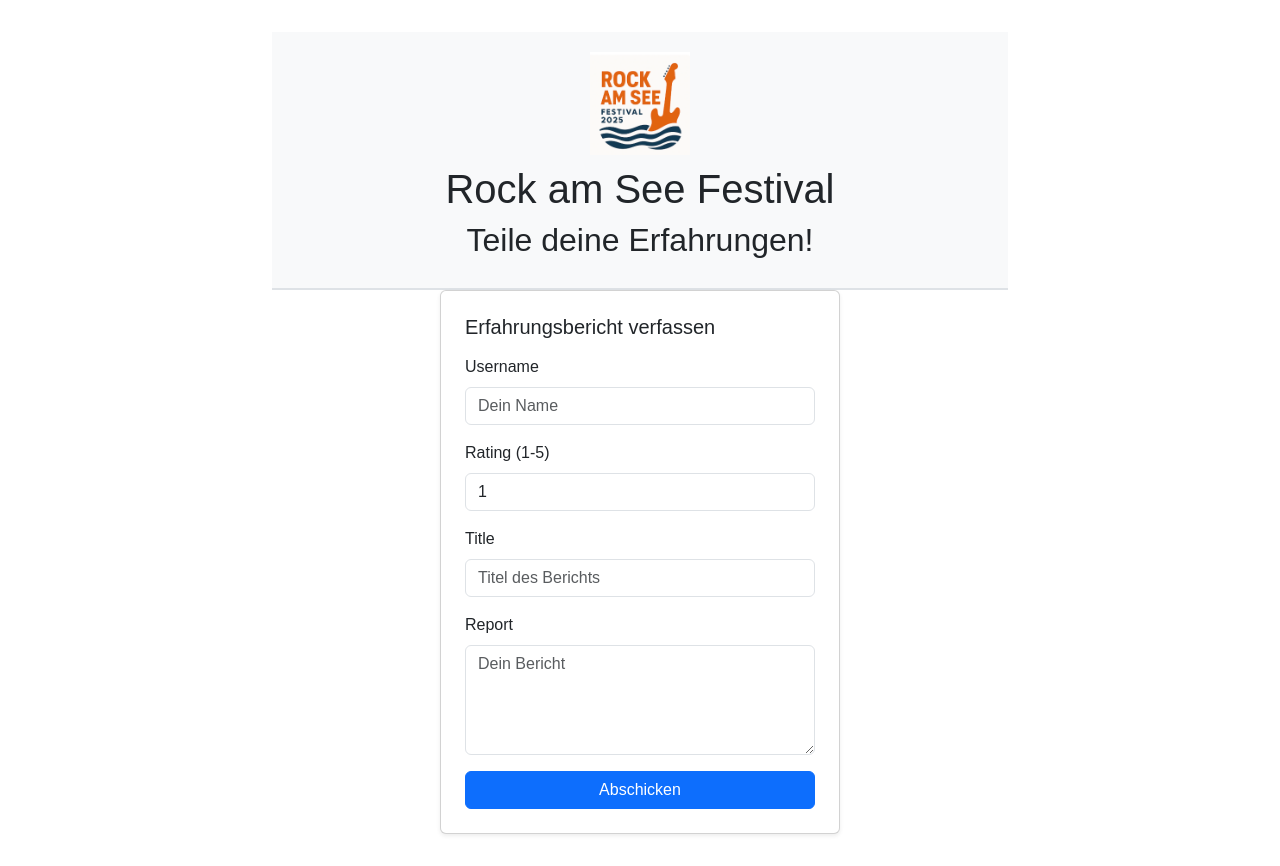
Repository: Hajimohammadi-KI/Web-Technologien
Page: / (app in Teilleistung_04/Teilleistung_04/RockAmSee-Reviews/rock-am-see/)
These files come from the project's save history. The page is drawn as it stood at one moment and after the next save; the edit follows.
The browser window is 1280 px wide. The pictures show the whole page.
The project was rebuilt for these pictures with package versions that can differ from the ones it lists, and the page was loaded fresh each time. Also part of the build but not shown: Teilleistung_04/Teilleistung_04/RockAmSee-Reviews/rock-am-see/svelte.config.js, Teilleistung_04/Teilleistung_04/RockAmSee-Reviews/rock-am-see/vite.config.js.

Above is the page before, as saved 2025-07-11 20:46:43.

After the next save:
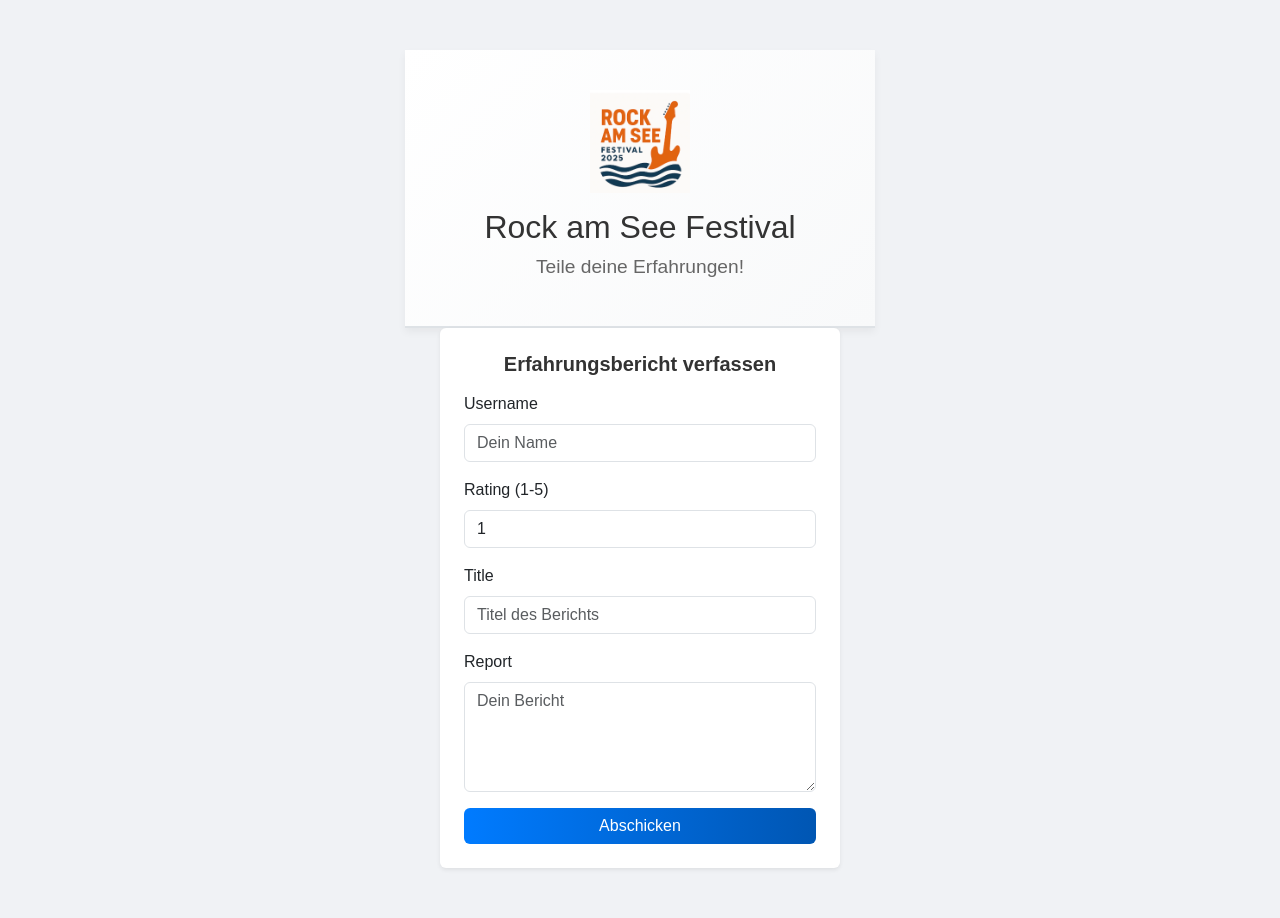
Saved 3 h 12 min later.
--- a/Teilleistung_04/Teilleistung_04/RockAmSee-Reviews/rock-am-see/src/style.css
+++ b/Teilleistung_04/Teilleistung_04/RockAmSee-Reviews/rock-am-see/src/style.css
@@ -1,19 +1,80 @@
-/* src/style.css */
-header {
-  padding: 20px;
-  background-color: #f8f9fa;
-  border-bottom: 2px solid #dee2e6;
-  text-align: center;
+/* style.css - Schönes, modernes Design mit deutschen Kommentaren */
+
+/* Grundstil für den Body */
+body {
+  background: #f0f2f5; /* Heller Hintergrund */
+  font-family: Arial, sans-serif; /* Klare Schriftart */
 }
 
-header img {
-  display: block;
-  margin: 0 auto 10px auto;
+/* Header-Stil mit Farbverlauf und Schatten */
+header {
+  padding: 40px 20px; /* Innenabstand */
+  background: linear-gradient(135deg, #ffffff 0%, #f8f9fa 100%); /* Farbverlauf */
+  border-bottom: 2px solid #dee2e6; /* Untere Linie */
+  text-align: center; /* Inhalt zentrieren */
+  box-shadow: 0 4px 8px rgba(0,0,0,0.05); /* Sanfter Schatten */
 }
 
+/* Logo im Header zentrieren */
+header img {
+  display: block; /* Blockelement */
+  margin: 0 auto 15px; /* Zentriert, mit Abstand nach unten */
+}
+
+/* Haupttitel größer und kräftiger */
+header h1 {
+  font-size: 2rem; /* Schriftgröße */
+  margin-bottom: 0.5rem; /* Abstand nach unten */
+  color: #333; /* Dunkle Farbe */
+}
+
+/* Untertitel heller und kleiner */
+header h2 {
+  font-size: 1.2rem;
+  color: #666; /* Grauer Ton */
+}
+
+/* Hauptbereich zentriert */
 main {
-  padding: 2rem;
-  font-family: Arial, sans-serif;
-  max-width: 800px;
-  margin: 0 auto;
+  max-width: 500px; /* Max. Breite */
+  margin: 50px auto; /* Zentriert mit Abstand nach oben */
+  padding: 0 15px; /* Etwas seitlicher Innenabstand */
 }
+
+/* Formular-Container mit Schatten und Radius */
+form {
+  background: #ffffff; /* Weißer Hintergrund */
+  border-radius: 12px; /* Abgerundete Ecken */
+  box-shadow: 0 6px 20px rgba(0,0,0,0.08); /* Schatten */
+  padding: 30px; /* Innenabstand */
+}
+
+/* Titel im Formular */
+form h5 {
+  font-weight: bold; /* Fett */
+  margin-bottom: 20px; /* Abstand nach unten */
+  text-align: center; /* Zentriert */
+  color: #333; /* Dunkler Farbton */
+}
+
+/* Primärbutton mit Verlauf und Hover-Effekt */
+.btn-primary {
+  background: linear-gradient(90deg, #007bff 0%, #0056b3 100%); /* Verlauf Blau */
+  border: none; /* Keine Linie */
+  transition: background 0.3s ease; /* Übergang */
+}
+
+/* Hover-Zustand für Button */
+.btn-primary:hover {
+  background: linear-gradient(90deg, #0056b3 0%, #003f7f 100%); /* Dunklerer Verlauf */
+}
+
+/* Eingabefelder leicht abgerundet */
+input.form-control, textarea.form-control {
+  border-radius: 6px; /* Runde Ecken */
+}
+
+/* Entferne Standardrahmen bei Card */
+.card {
+  border: none;
+}
